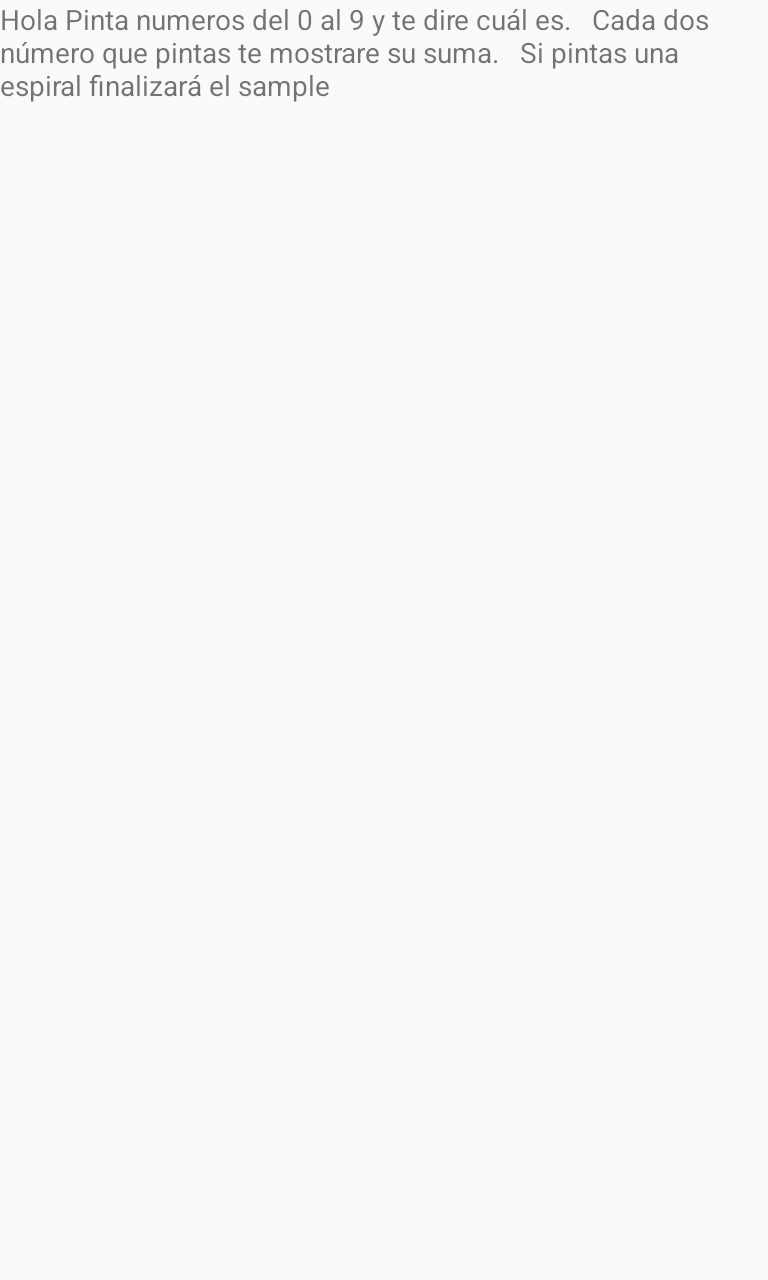
Repository: Jick9536/NPI-P3
Layout: Gesto2/res/layout/activity_main_activity2.xml
These files come from the project's save history. The layout is drawn as it stood at one moment and after the next save; the edit follows.
It is drawn on a 768 x 1280 px phone screen (xhdpi) without system bars, with theme AppTheme; the app's code is not run.

Above is the layout before, as saved 2015-01-03 18:53:57.

### Gesto2/res/layout/activity_main_activity2.xml
<?xml version="1.0" encoding="utf-8"?>
<LinearLayout xmlns:android="http://schemas.android.com/apk/res/android"
android:orientation="vertical"
android:layout_width="match_parent"
android:layout_height="match_parent"
>
<android.gesture.GestureOverlayView
android:id="@+id/gestures"
android:layout_width="fill_parent"
android:layout_height="0dip"
android:layout_weight="1.0" />

<TextView
android:layout_width="match_parent"
android:layout_height="match_parent"
android:text="Hola
Pinta numeros del 0 al 9 y te dire cuál es.

Cada dos número que pintas te mostrare su suma.

Si pintas una espiral finalizará el sample" />

</LinearLayout>

Loaded but not shown: Gesto2/res/values/styles.xml (common file); Gesto2/res/values-v11/styles.xml (common file); Gesto2/res/values-v14/styles.xml (common file)

After the next save:
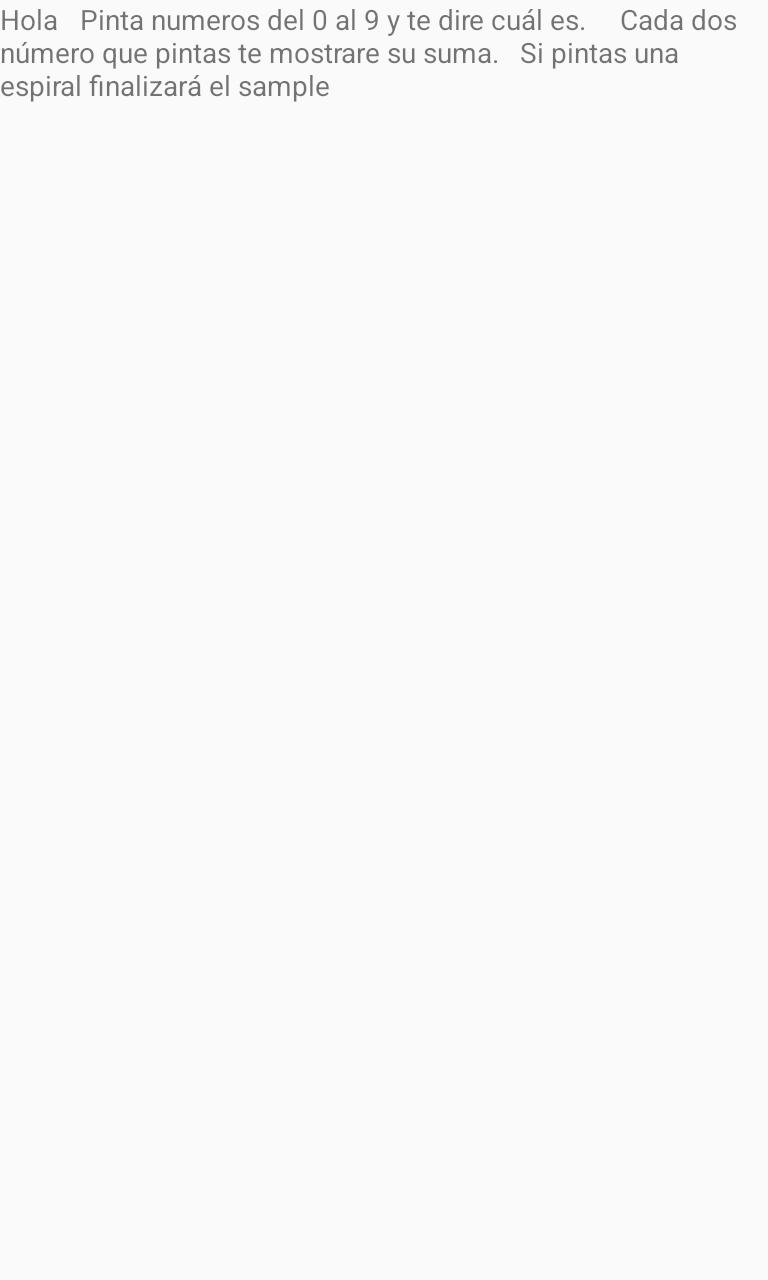
Saved 21 s later.
--- a/Gesto2/res/layout/activity_main_activity2.xml
+++ b/Gesto2/res/layout/activity_main_activity2.xml
@@ -14,10 +14,8 @@ android:layout_weight="1.0" />
 android:layout_width="match_parent"
 android:layout_height="match_parent"
 android:text="Hola
-Pinta numeros del 0 al 9 y te dire cuál es.
-
-Cada dos número que pintas te mostrare su suma.
-
-Si pintas una espiral finalizará el sample" />
+	Pinta numeros del 0 al 9 y te dire cuál es.
+	Cada dos número que pintas te mostrare su suma.
+	Si pintas una espiral finalizará el sample" />
 
 </LinearLayout>
